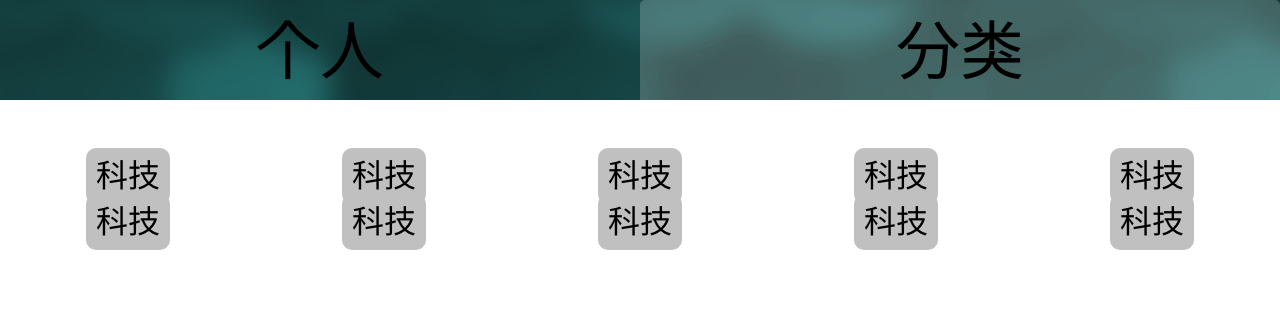
Repository: aoandxie/AoNews
Page: AoNews/WebContent/classify.html
The author's editor kept a copy of each file at every save. The page is drawn from the files as they stood at one save, then again after the next save.
The browser window is 1280 px wide. The pictures show the whole page.

Above is the page before, as saved 2017-03-05 16:08:23.

### AoNews/WebContent/classify.html
<!DOCTYPE html>
<html>
	<head>
		<meta charset="UTF-8">
		<title>Ao News 首页</title>
		<link type="text/css" rel="stylesheet" href="common_style.css">
	</head>
	<body>
		<div class="Top">
			<ul><a href="faction.html">个人</a></ul>
			<ul class="Now"><a>分类</a></ul>
		</div>
		<div class="ClassBoxContainer">
			<div class="ClassBox"><a>科技</a></div>
			<div class="ClassBox"><a>科技</a></div>
			<div class="ClassBox"><a>科技</a></div>
			<div class="ClassBox"><a>科技</a></div>
			<div class="ClassBox"><a>科技</a></div>
			<div class="ClassBox"><a>科技</a></div>
			<div class="ClassBox"><a>科技</a></div>
			<div class="ClassBox"><a>科技</a></div>
			<div class="ClassBox"><a>科技</a></div>
			<div class="ClassBox"><a>科技</a></div>
		</div>
	</body>
</html>

### AoNews/WebContent/common_style.css
@CHARSET "UTF-8";
/* common set */
*{
	margin: 0;
	border: 0;
	padding: 0;
	font-family: Arial, Helvetica, sans-serif;
}

a{
	text-decoration: none;
	color: #000;
}

/* Login & Register */
.Canvas{
	position: fixed;
	background-image: url("back.jpg");
	width: 100%;
	height: 100%;
}

.Form{
	position: fixed;
	background-color: rgba(255,255,255,.2);
	left: 35%;
	top: 30%;
	border-radius: 5px;
	border-width: 2px;
	border-color: #000000;
	border-style: solid;
	padding: 1em;
	margin: 2em;
	z-index: 255;
}

.Form label{
	font-size: 2em;
	margin-right: 1em;
	z-index: 255;
}

.Form input{
	height: 2em;
	width: 60%;
	font-size: 1em;
	border-style: groove;
	border-width: 2px;
	border-color: #000000;
}

.LineLabel{
	border-bottom-style: solid;
	border-bottom-width: 2px;
	border-bottom-color: #000000;
}

.Button{
	text-align: center;
	margin: 1em;
}

/* Faction & classify */
.Top{
	height: 100px;
	background-image: url("back.jpg");
	width: 100%;
	text-align: center;
}

.Top ul a{
	display: block;
	position: relative;
	float: left;
	width: 50%;
	height: 100px;
	font-size: 4em;
	border-top-left-radius: 5px;
	border-top-right-radius: 5px;
}

.Now a{
	background-color: rgba(255,255,255,.2);
}

/* Faction */
.News{
	text-align: left;
	display: block;
	color: #201f35;
	border-radius: 5px;
	border-width: 2px;
	border-color: #555753;
	border-style: solid;
	width: 250px;
	margin: 5px;
}

.News:HOVER{
	background-color: #888a85;
}

.News a{
	font-size: 2em;
	margin: 5px;
}

.News a:CHECKED{
	color: #201f35;
}

/* Classify */
.ClassBoxContainer{
	position: relative;
	top: 50px;
	width: 100%;
	text-align: center;
}

.ClassBox{
	display: block;
	float: left;
	width: 20%;
}

.ClassBox a{
	font-size: 2em;
	padding: 10px;
	border-radius: 10px;
	background-color: silver;
}

After the next save:
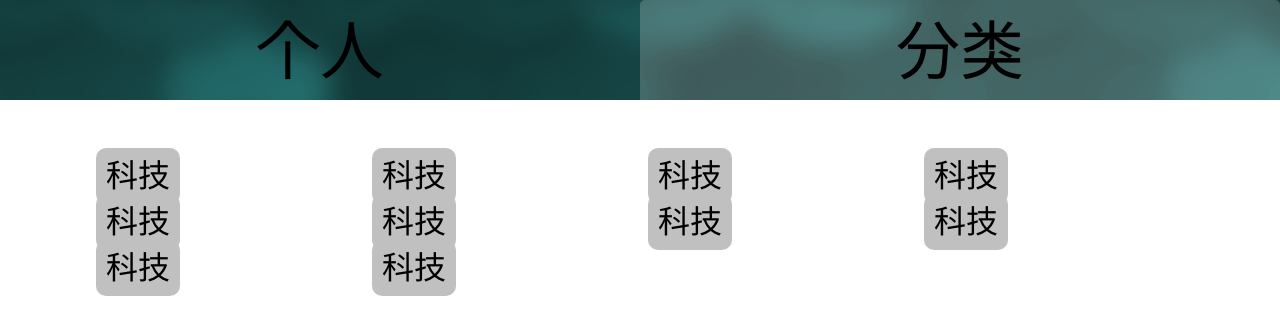
Saved 24 s later.
--- a/AoNews/WebContent/common_style.css
+++ b/AoNews/WebContent/common_style.css
@@ -121,6 +121,7 @@ a{
 	display: block;
 	float: left;
 	width: 20%;
+	margin: 0 10px;
 }
 
 .ClassBox a{
